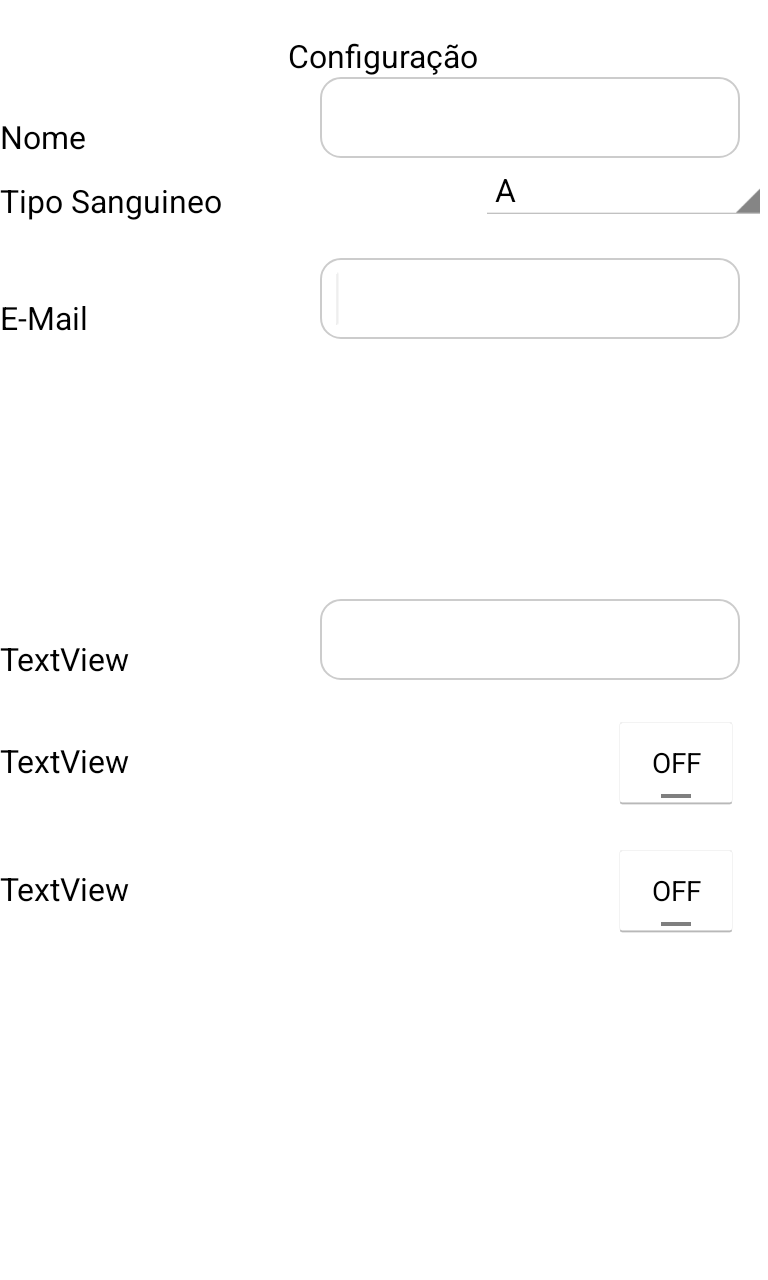
Repository: RafaDeschain/DoarSP
Layout: doarSP/res/layout/fragment_alterardados.xml
An editor plug-in stored every save of this project. The layout is shown before and after the next save, followed by the edit.
It is drawn on a 768 x 1280 px phone screen (xhdpi) without system bars, with theme AppTheme; the app's code is not run.

Above is the layout before, as saved 2014-04-21 04:22:54.

After the next save:
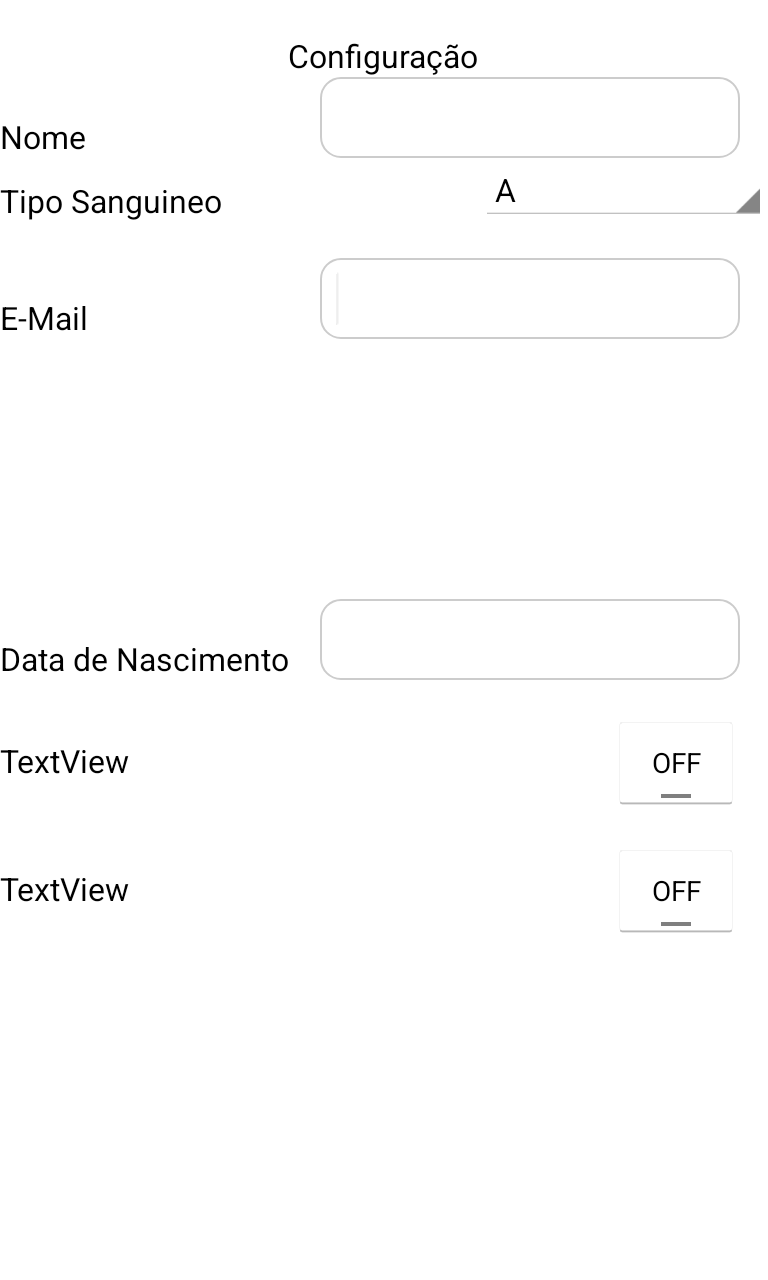
Saved 21 s later.
--- a/doarSP/res/layout/fragment_alterardados.xml
+++ b/doarSP/res/layout/fragment_alterardados.xml
@@ -93,7 +93,7 @@
         android:layout_height="wrap_content"
         android:layout_alignBottom="@+id/editText3"
         android:layout_alignParentLeft="true"
-        android:text="TextView" />
+        android:text="@string/dataNascimento" />
 
     <ToggleButton
         android:id="@+id/toggleButton1"
